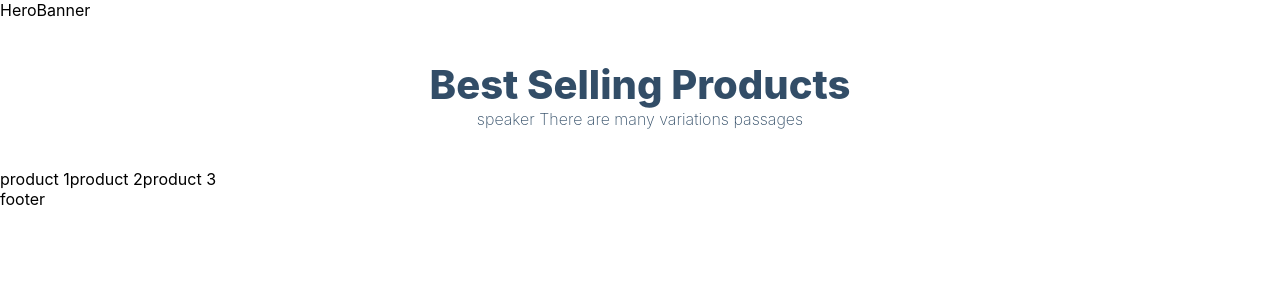
Repository: syni18/e-shop
Page: /
These files come from the project's save history. The page is drawn as it stood at one moment and after the next save; the edit follows.
The browser window is 1280 px wide. The pictures show the whole page.
The project was rebuilt for these pictures with package versions that can differ from the ones it lists, and the page was loaded fresh each time. The framework's server and built-in components were replaced by stand-ins that run in the browser. Also part of the build but not shown: next.config.js.

Above is the page before, as saved 2022-08-09 01:24:47.

### pages/index.js
import React from 'react'

const index = () => {
  return (
    <>
      HeroBanner
      <div className='products-heading'>
        <h2>Best Selling Products</h2>
        <p>speaker There are many variations passages</p>
      </div>
      <div className='pro'>
        {['product 1', 'product 2', 'product 3'].map((product) =>product)}
      </div>

      footer
    </>
  );
}

export default index

Loaded but not shown: pages/_app.js (common file); styles/globals.css (common file)

After the next save:
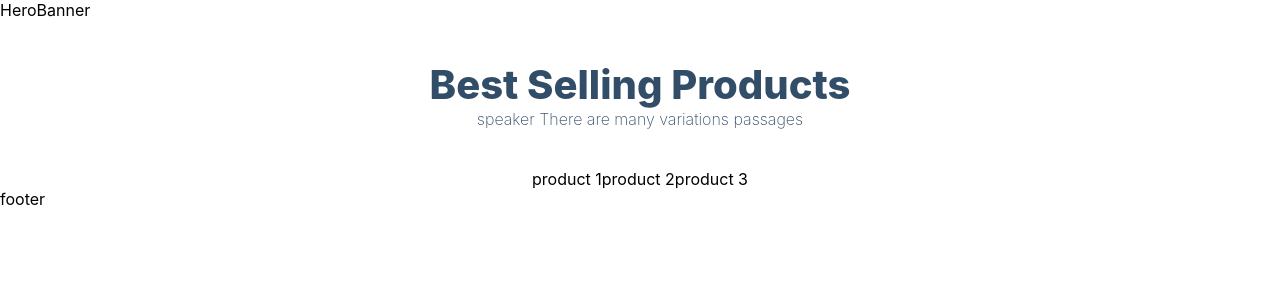
Saved 6 s later.
--- a/pages/index.js
+++ b/pages/index.js
@@ -8,7 +8,7 @@ const index = () => {
         <h2>Best Selling Products</h2>
         <p>speaker There are many variations passages</p>
       </div>
-      <div className='pro'>
+      <div className='products-container'>
         {['product 1', 'product 2', 'product 3'].map((product) =>product)}
       </div>
 
